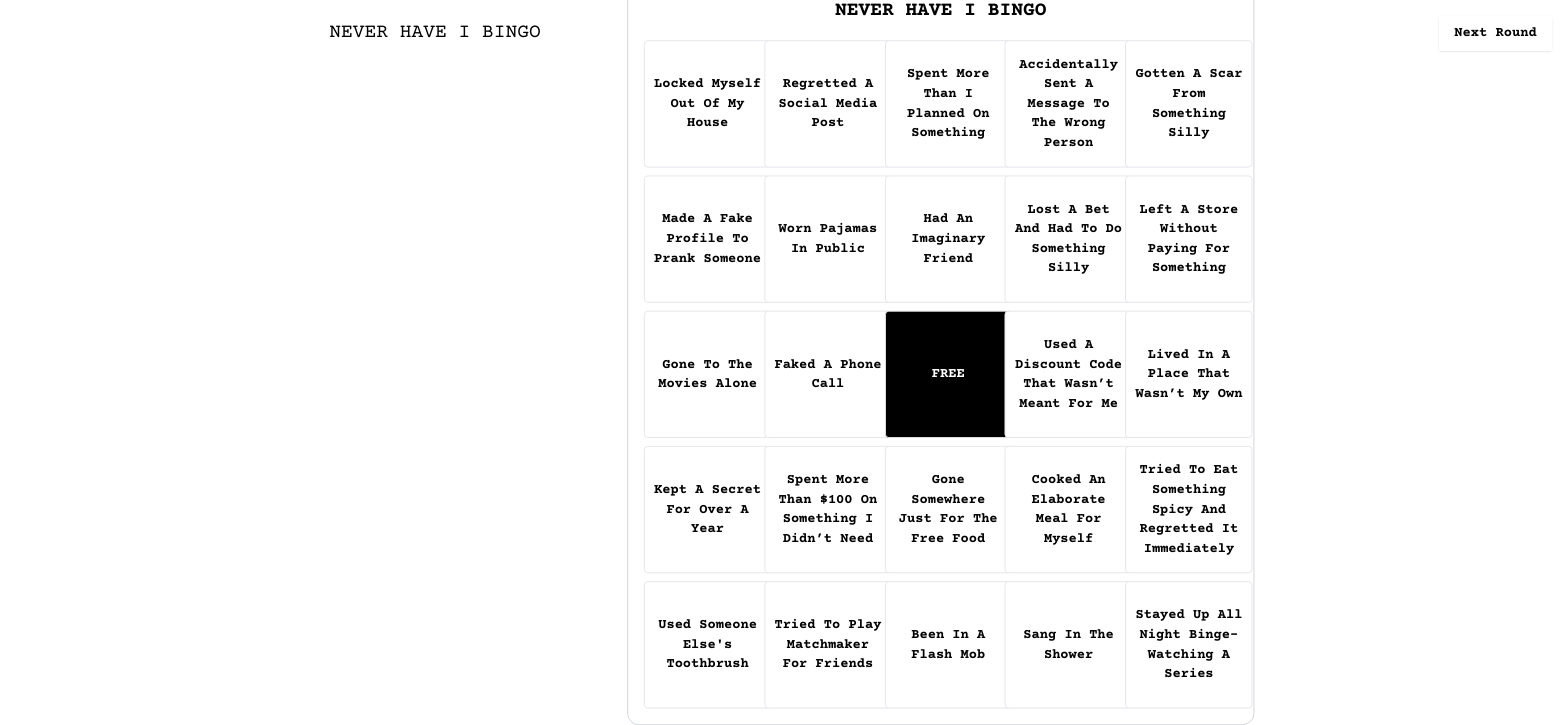
Repository: Jeysmeister/sensoryminds-bingo
Page: /
An editor plug-in stored every save of this project. The page is shown before and after the next save, followed by the edit.
The browser window is 1280 px wide. The page is 1600 px wide, then 1381 px, so the pictures cover 1600 px, including what lies to the right of the window. The pictures show the whole page, at 98% of full size.
The project was rebuilt for these pictures with package versions that can differ from the ones it lists, and the page was loaded fresh each time. The framework's server and built-in components were replaced by stand-ins that run in the browser. Also part of the build but not shown: next.config.ts.

Above is the page before, as saved 2024-11-12 17:56:33.

After the next save:
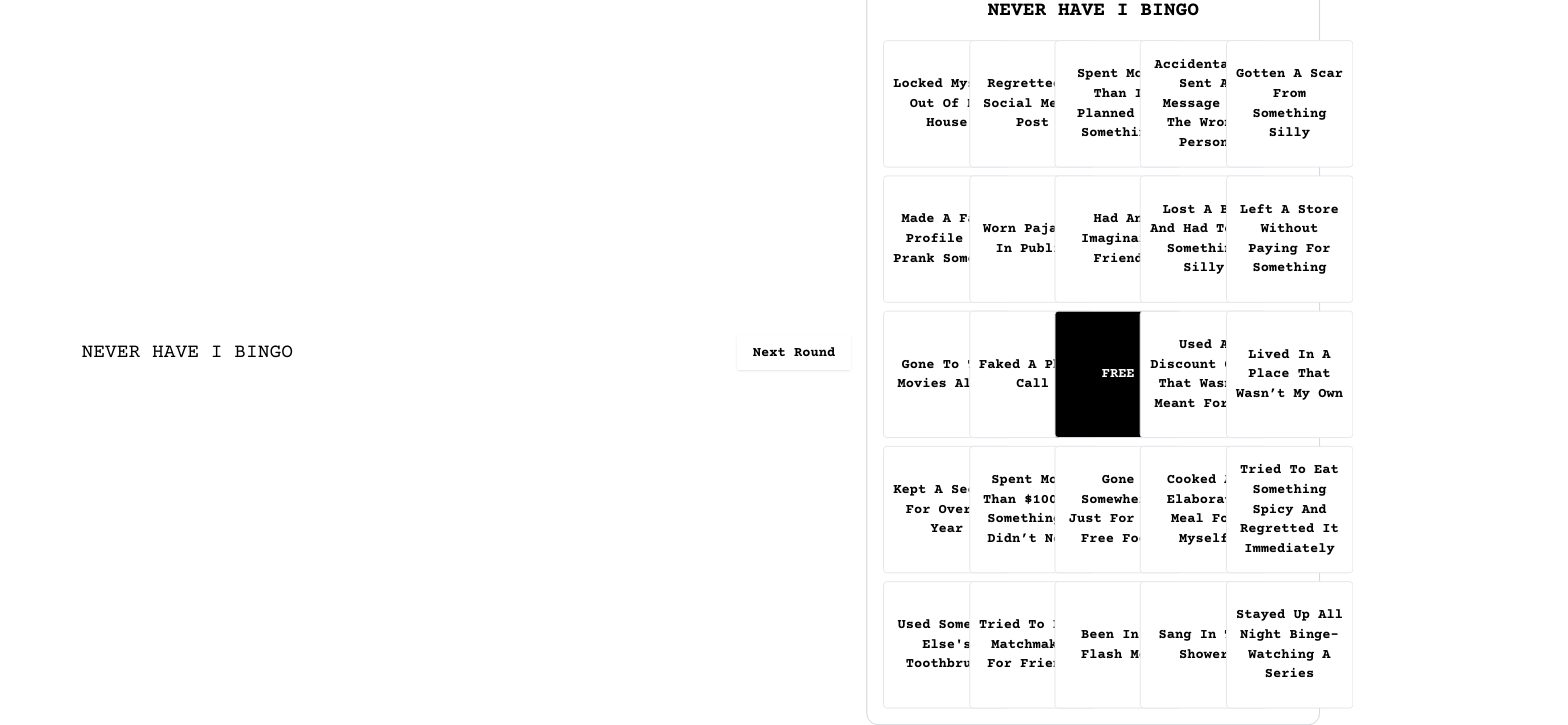
Saved 14 s later.
--- a/app/components/Header.tsx
+++ b/app/components/Header.tsx
@@ -2,7 +2,7 @@ import { Button } from "@/components/ui/button";
 
 const Header = () => {
   return (
-    <div className="p-4  absolute top-0 w-screen flex justify-between items-center">
+    <div className="p-4 w-screen flex justify-between items-center">
       <div className="text-xl">NEVER HAVE I BINGO</div>
       <Button className="font-extrabold">Next Round</Button>
     </div>
